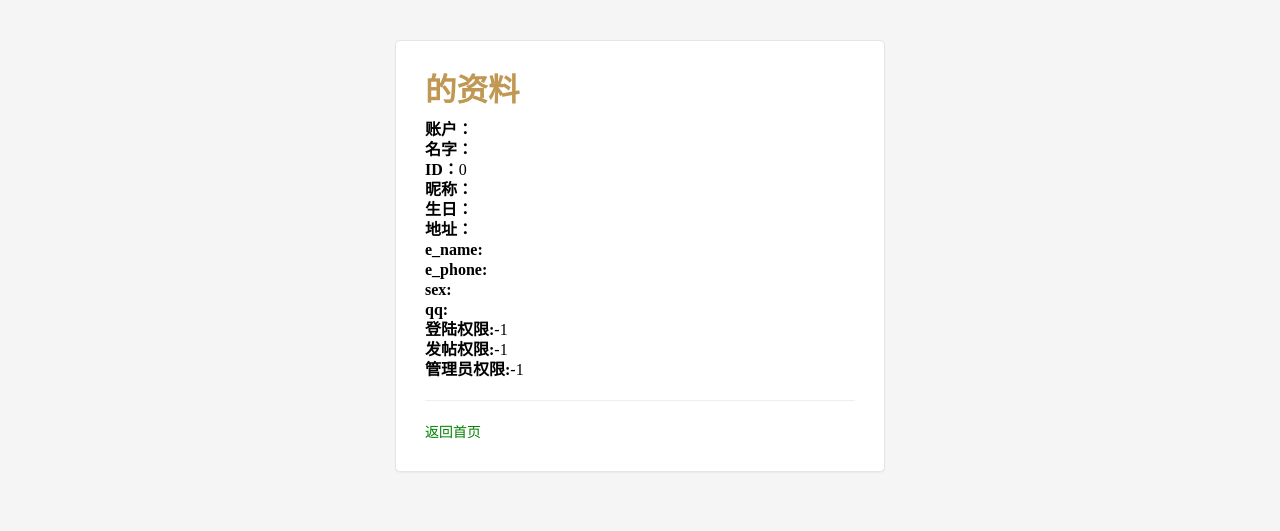
Repository: hbisheng/Academic-portal-website
Page: http://localhost/NewInfo/account/user_info.jsp
The author's editor kept a copy of each file at every save. The page is drawn from the files as they stood at one save, then again after the next save.
The browser window is 1280 px wide. The pictures show the whole page.
The page is served by Tomcat 9.

Above is the page before, as saved 2014-09-21 19:07:09.

After the next save:
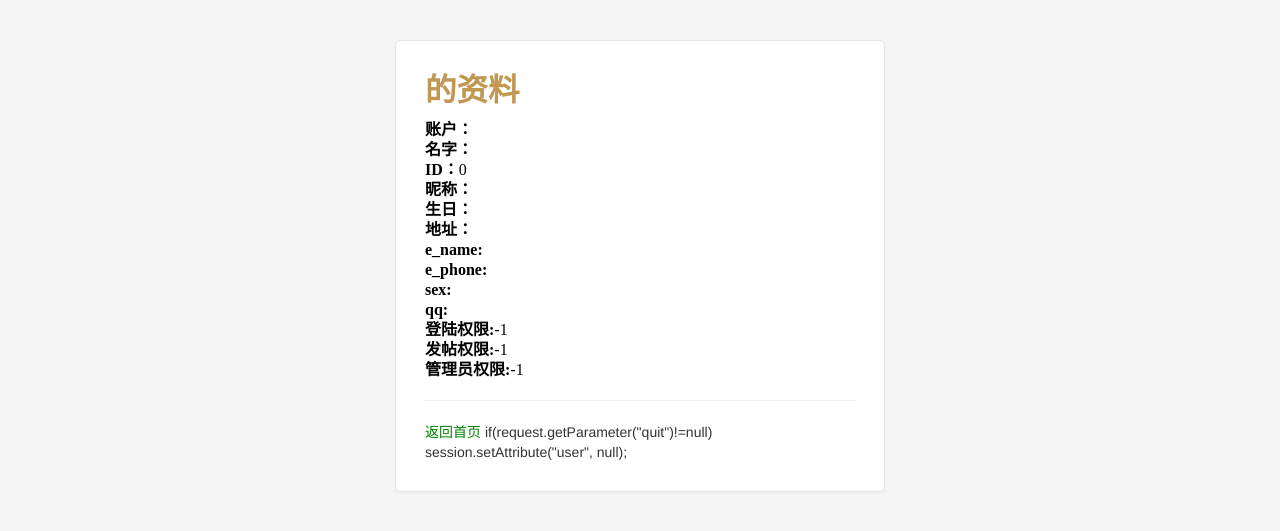
Saved 52 s later.
--- a/Java_info/NewInfo/WebContent/account/user_info.jsp
+++ b/Java_info/NewInfo/WebContent/account/user_info.jsp
@@ -157,7 +157,8 @@
 </font>
 
 <hr><a href="../home.jsp" style="color:green">返回首页</a>
-
+	if(request.getParameter("quit")!=null)
+		session.setAttribute("user", null);
 </div>
 </div>
 </body>

After the save that followed:
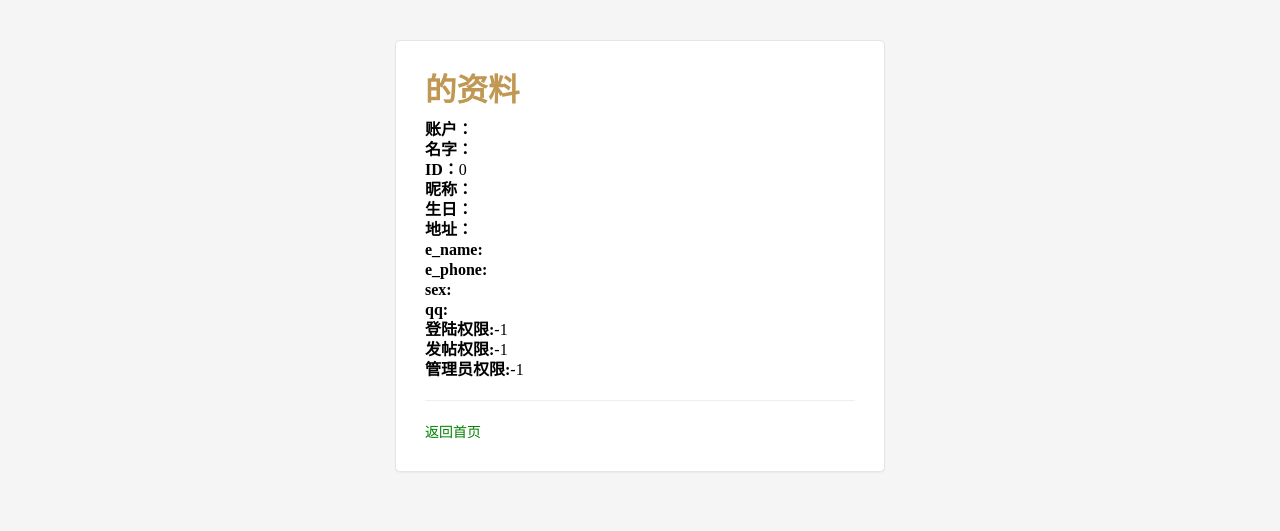
Saved 6 s later.
--- a/Java_info/NewInfo/WebContent/account/user_info.jsp
+++ b/Java_info/NewInfo/WebContent/account/user_info.jsp
@@ -157,8 +157,7 @@
 </font>
 
 <hr><a href="../home.jsp" style="color:green">返回首页</a>
-	if(request.getParameter("quit")!=null)
-		session.setAttribute("user", null);
+
 </div>
 </div>
 </body>
